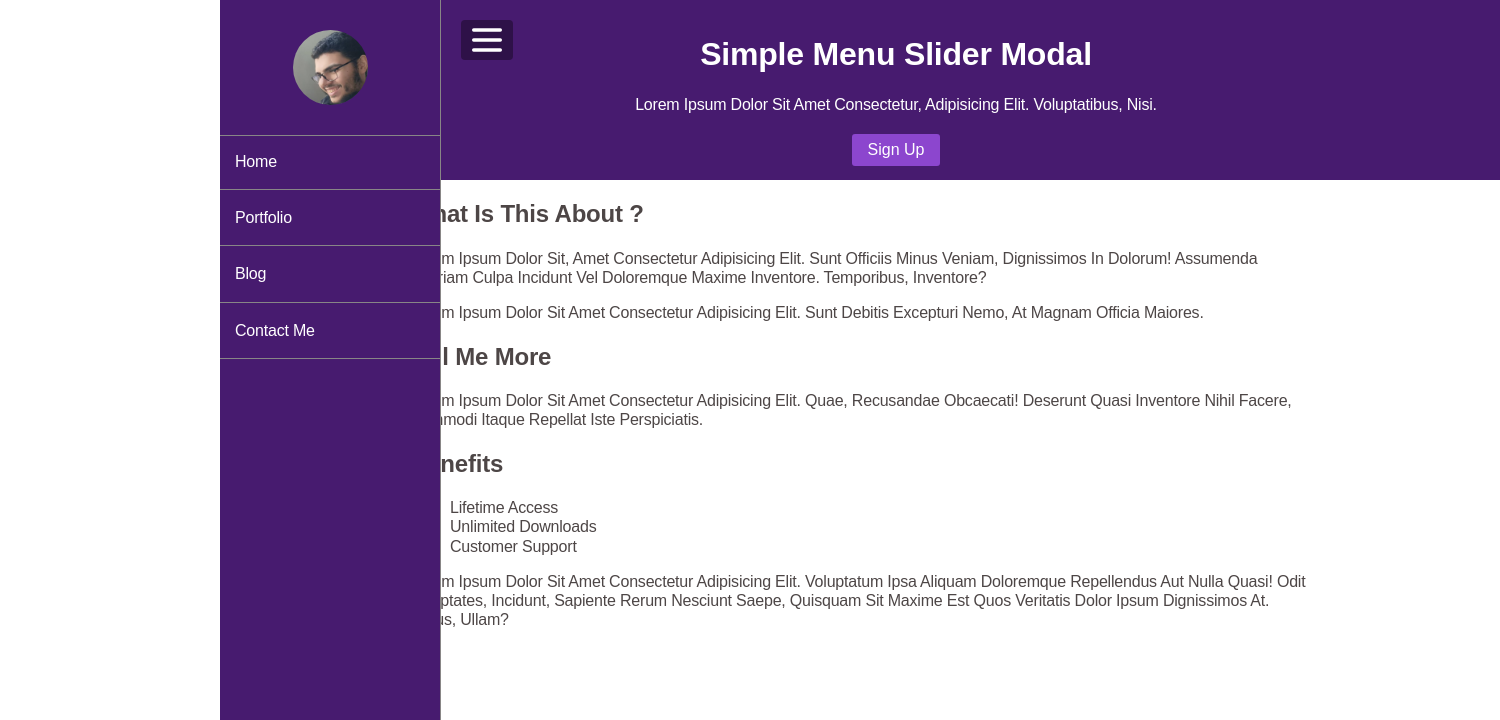
Repository: lilo750/Menu-Slider-modal
Page: index.html
An editor plug-in stored every save of this project. The page is shown before and after the next save, followed by the edit.
The browser window is 1280 px wide. The page is 1500 px wide, then 1280 px, so the pictures cover 1500 px, including what lies to the right of the window. The pictures show the whole page.
After loading, the first visible `#burger-btn` was clicked once.

Above is the page before, as saved 2024-01-17 11:42:26.

After the next save:
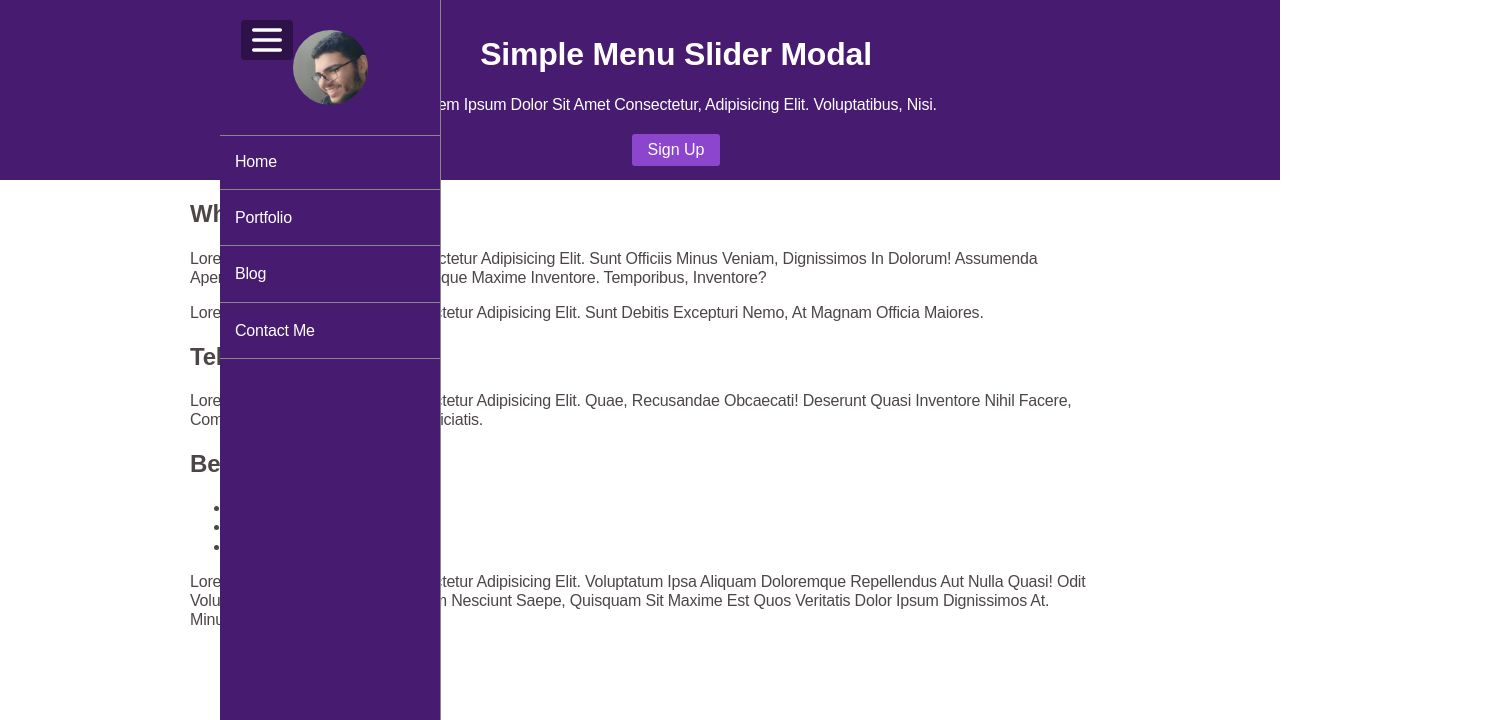
Saved 11 s later.
--- a/assets/logic.js
+++ b/assets/logic.js
@@ -25,7 +25,7 @@ const modalOverlayHandler = () => {
 };
 
 const menuHandler = () => {
-    document.body.classList.toggle('nav-active');
+    menu.classList.toggle('nav-active');
 
     if (menu.style.display === 'block') {
         menu.style.display = 'none';
